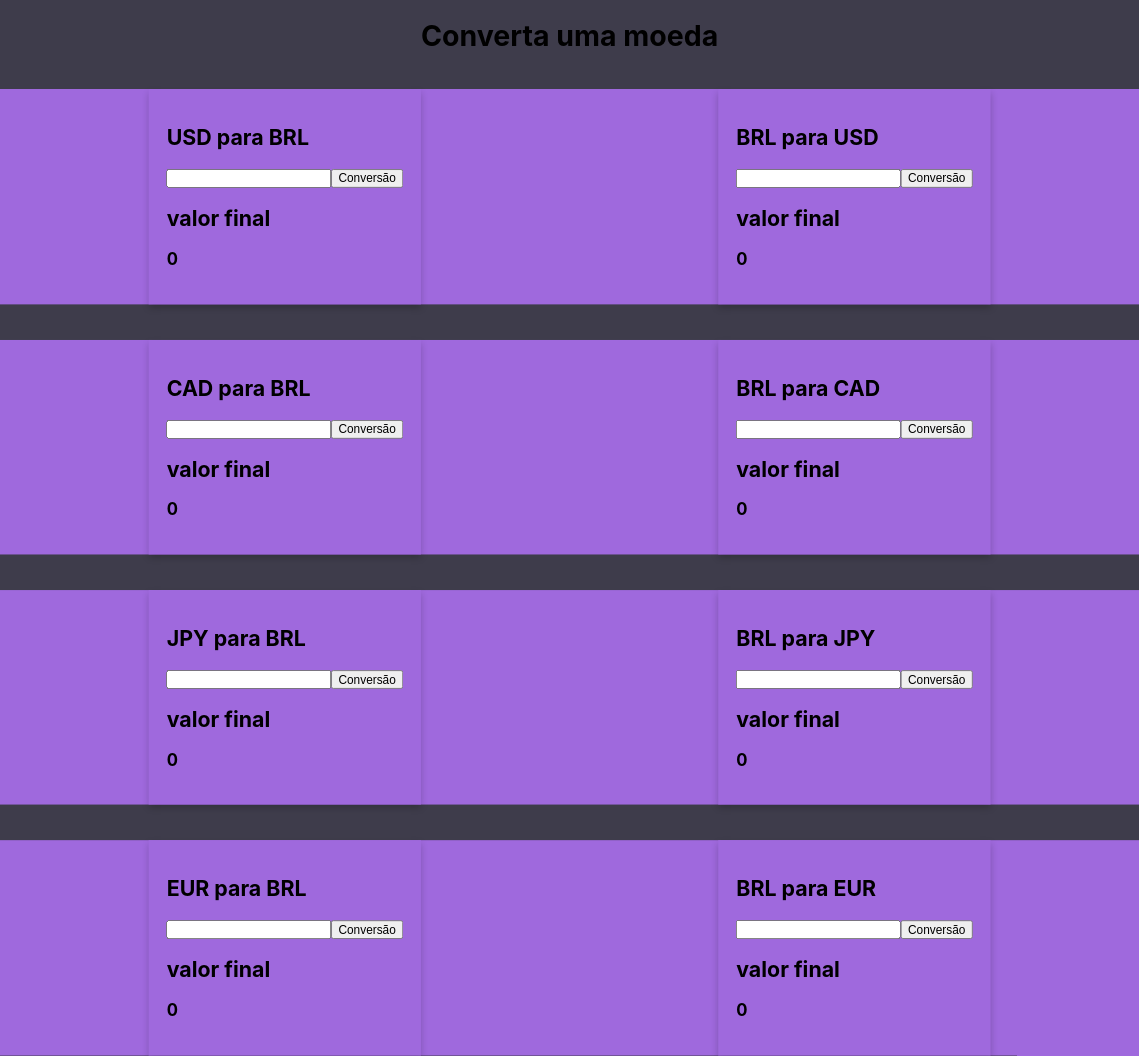
Repository: DeanLemosXD/Currency-converter
Page: /
The author's editor kept a copy of each file at every save. The page is drawn from the files as they stood at one save, then again after the next save.
The browser window is 1280 px wide. The pictures show the whole page, at 89% of full size.
The project was rebuilt for these pictures with package versions that can differ from the ones it lists, and the page was loaded fresh each time.

Above is the page before, as saved 2021-10-19 18:27:02.

After the next save:
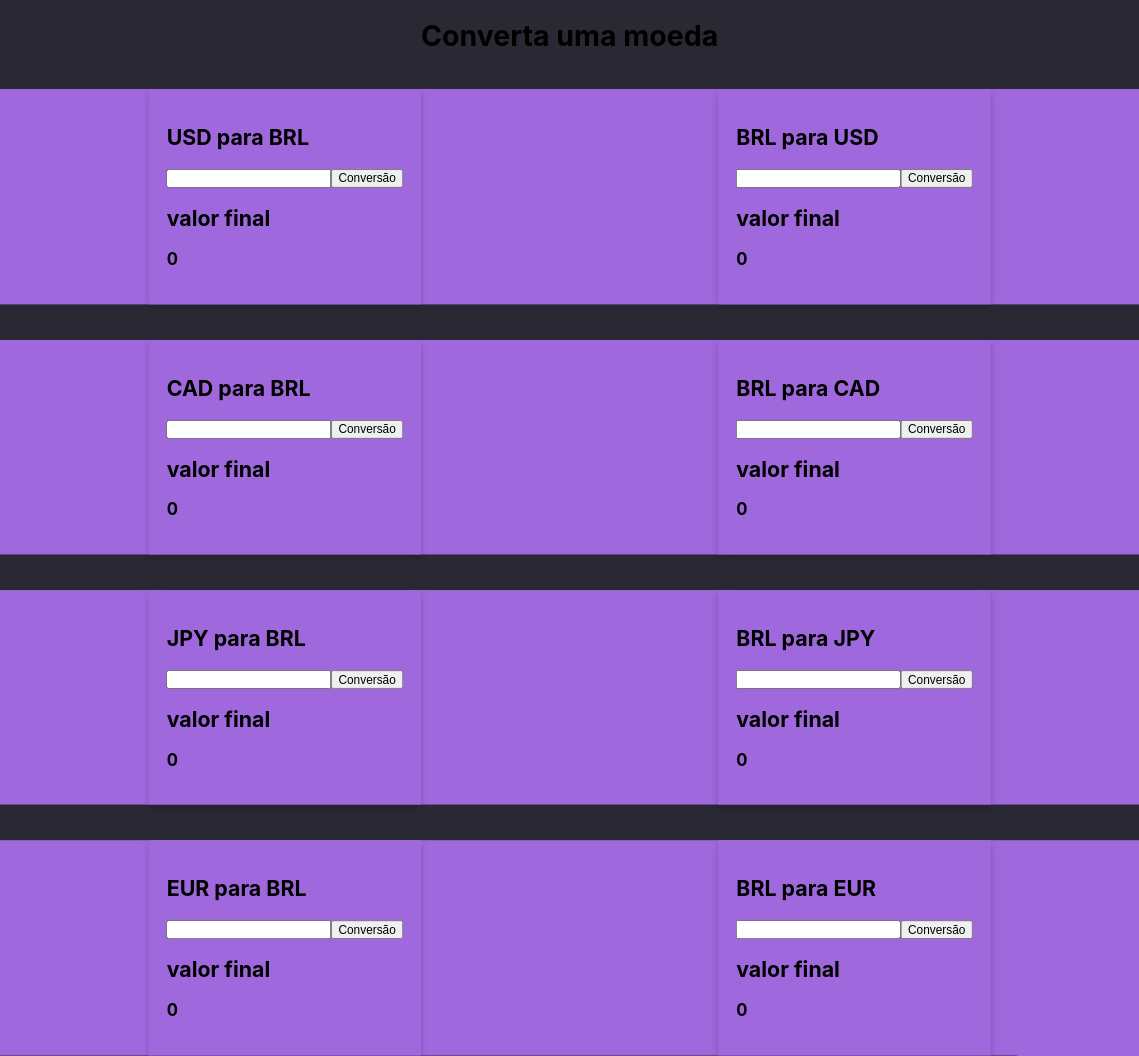
Saved 16 s later.
--- a/src/index.css
+++ b/src/index.css
@@ -5,7 +5,7 @@ body {
     sans-serif;
   -webkit-font-smoothing: antialiased;
   -moz-osx-font-smoothing: grayscale;
-  background-color:rgb(62, 60, 75)
+  background-color:rgb(42, 40, 51)
 }
 
 code {
